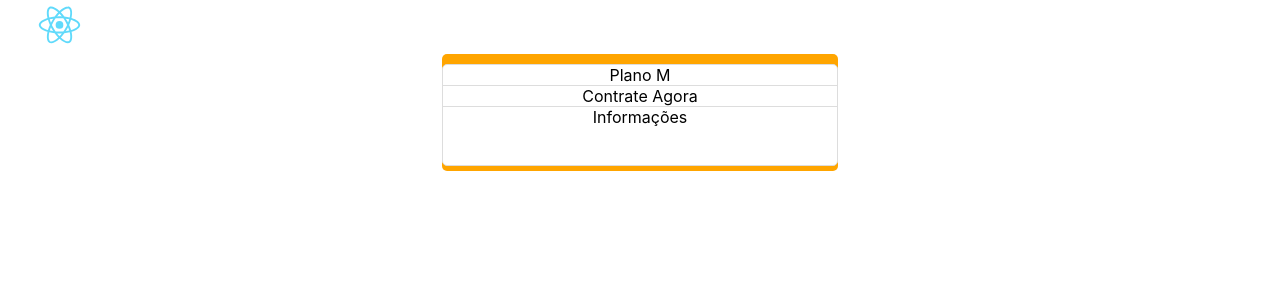
Repository: gatomazi/hostgatorFrontend
Page: /
The author's editor kept a copy of each file at every save. The page is drawn from the files as they stood at one save, then again after the next save.
The browser window is 1280 px wide. The pictures show the whole page.
The project was rebuilt for these pictures with package versions that can differ from the ones it lists, and the page was loaded fresh each time.

Above is the page before, as saved 2020-01-24 10:34:03.

### src/App.js
import React from "react";

import "./App.css";
import Topbar from "./components/Topbar";
import Plano from "./components/Plano";
function App() {
  return (
    <div className="App">
      <Topbar />
      <Plano />
    </div>
  );
}

export default App;

### src/components/Topbar.js
import React from "react";

import logo from "../logo.svg";
// import { Link } from "react-router-dom";

import { makeStyles } from "@material-ui/core/styles";
import Grid from "@material-ui/core/Grid";
import Container from "@material-ui/core/Container";

const useStyles = makeStyles(theme => ({
  root: {
    flexGrow: 1
  }
}));

const Topbar = () => {
  const classes = useStyles();
  return (
    <div className={classes.root}>
      <Container maxWidth="lg">
        <Grid item xs={12} style={{ textAlign: "left" }}>
          <img
            style={{ height: 50 }}
            src={logo}
            className="Navbar-logo"
            alt="logo"
          />
        </Grid>
      </Container>
    </div>
  );
};

export default Topbar;

### src/components/Plano.js
import React from "react";

import { makeStyles } from "@material-ui/core/styles";
import Grid from "@material-ui/core/Grid";
import Container from "@material-ui/core/Container";

const borderColor = "#ddd";

const useStyles = makeStyles(theme => ({
  root: {
    flexGrow: 1
  },
  orangePlanBg: {
    backgroundColor: "orange",
    paddingBottom: 5,
    paddingTop: 10,
    borderRadius: 5
  },
  planCard: {
    backgroundColor: "#fff",
    height: 100,
    borderColor: borderColor,
    borderStyle: "solid",
    border: 1,
    borderRadius: 5
  },
  insideDivisor: {
    borderBottomColor: borderColor,
    borderBottomStyle: "solid",
    borderBottom: 0.5,
    borderTopColor: borderColor,
    borderTopStyle: "solid",
    borderTop: 0.5
  }
}));

const Plano = () => {
  const classes = useStyles();
  return (
    <div className={classes.root}>
      <Container maxWidth="xs">
        <Grid className={classes.orangePlanBg} item xs={12}>
          <div className={classes.planCard}>
            <div>Plano M</div>
            <div className={classes.insideDivisor}>Contrate Agora</div>
            <div>Informações</div>
          </div>
        </Grid>
      </Container>
    </div>
  );
};

export default Plano;

Loaded but not shown: public/index.html (common file); src/index.js (common file); src/index.css (common file); src/serviceWorker.js (common file); src/App.css (common file)

After the next save:
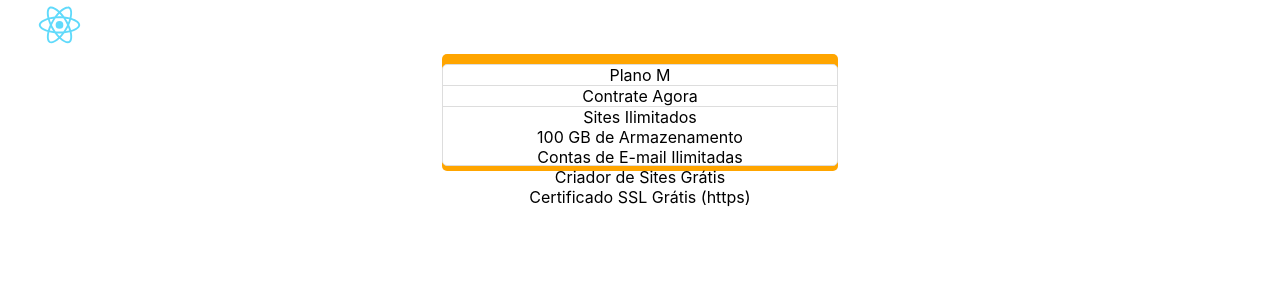
Saved 2 min 3 s later.
--- a/src/components/Plano.js
+++ b/src/components/Plano.js
@@ -43,7 +43,13 @@ const Plano = () => {
           <div className={classes.planCard}>
             <div>Plano M</div>
             <div className={classes.insideDivisor}>Contrate Agora</div>
-            <div>Informações</div>
+            <div>
+              <div>Sites Ilimitados</div>
+              <div>100 GB de Armazenamento</div>
+              <div>Contas de E-mail Ilimitadas</div>
+              <div>Criador de Sites Grátis</div>
+              <div>Certificado SSL Grátis (https)</div>
+            </div>
           </div>
         </Grid>
       </Container>
